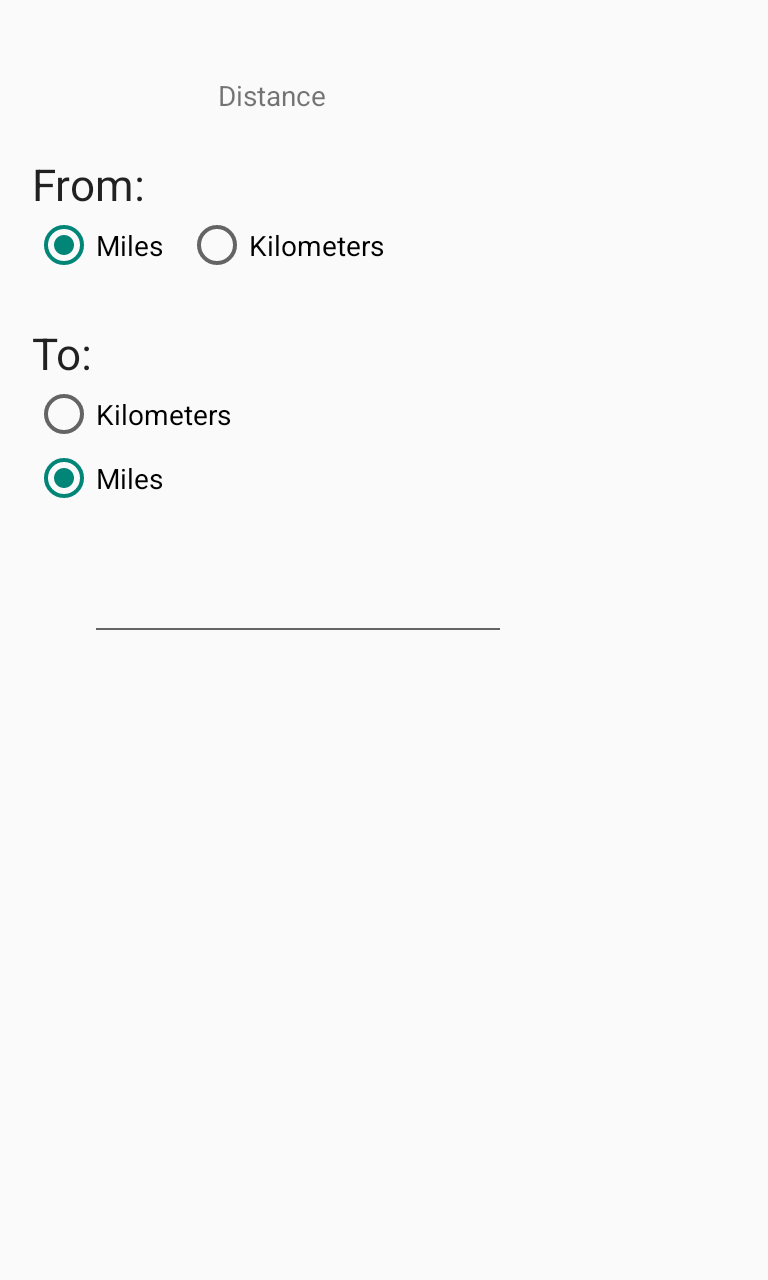
Repository: awayzo/6300Fall14Assignment4
Layout: UnitConvertor/res/layout/activity_main.xml
The author's editor kept a copy of each file at every save. The layout is drawn from the files as they stood at one save, then again after the next save.
It is drawn on a 768 x 1280 px phone screen (xhdpi) without system bars, with theme AppTheme; the app's code is not run.

Above is the layout before, as saved 2014-09-25 21:16:28.

### UnitConvertor/res/layout/activity_main.xml
<RelativeLayout xmlns:android="http://schemas.android.com/apk/res/android"
    xmlns:tools="http://schemas.android.com/tools"
    android:layout_width="match_parent"
    android:layout_height="match_parent"
    android:paddingBottom="@dimen/activity_vertical_margin"
    android:paddingLeft="@dimen/activity_horizontal_margin"
    android:paddingRight="@dimen/activity_horizontal_margin"
    android:paddingTop="@dimen/activity_vertical_margin"
    tools:context="edu.gatech.seclass.unitconvertor.MainActivity" >

    <TextView
        android:id="@+id/lblTitle"
        android:layout_width="match_parent"
        android:layout_height="wrap_content"
        android:layout_alignParentLeft="true"
        android:layout_alignParentTop="true"
        android:layout_marginLeft="93dp"
        android:layout_marginTop="22dp"
        android:text="@string/lblDistance" />

    <TextView
        android:id="@+id/textView1"
        android:layout_width="match_parent"
        android:layout_height="wrap_content"
        android:layout_alignParentLeft="true"
        android:layout_alignParentRight="true"
        android:layout_below="@+id/lblTitle"
        android:layout_marginTop="20dp"
        android:text="From:"
        android:textAppearance="?android:attr/textAppearanceLarge" />

    <RadioGroup
        android:id="@+id/radioGroup1"
        android:layout_width="wrap_content"
        android:layout_height="wrap_content"
        android:layout_alignParentLeft="true"
        android:layout_below="@+id/txt1"
        android:layout_marginLeft="56dp" >
    </RadioGroup>

    <RadioButton
        android:id="@+id/radio0"
        android:layout_width="wrap_content"
        android:layout_height="wrap_content"
        android:layout_alignLeft="@+id/textView1"
        android:layout_below="@+id/textView1"
        android:checked="true"
        android:onClick="handleClick"
        android:text="@string/miles" />

    <RadioButton
        android:id="@+id/radio1"
        android:layout_width="wrap_content"
        android:layout_height="wrap_content"
        android:layout_below="@+id/textView1"
        android:layout_marginLeft="11dp"
        android:layout_toRightOf="@+id/radio0"
        android:onClick="handleClick"
        android:text="@string/km" />

    <EditText
        android:id="@+id/txt1"
        android:layout_width="wrap_content"
        android:layout_height="wrap_content"
        android:layout_alignLeft="@+id/radio0"
        android:layout_below="@+id/radio0"
        android:layout_marginLeft="28dp"
        android:layout_marginTop="143dp"
        android:ems="10"
        android:inputType="numberDecimal" />

    <RadioButton
        android:id="@+id/RadioButton01"
        android:layout_width="wrap_content"
        android:layout_height="wrap_content"
        android:layout_alignParentLeft="true"
        android:layout_below="@+id/TextView01"
        android:onClick="handleClick"
        android:text="@string/km" />

    <RadioButton
        android:id="@+id/RadioButton02"
        android:layout_width="wrap_content"
        android:layout_height="wrap_content"
        android:layout_alignParentLeft="true"
        android:layout_below="@+id/RadioButton01"
        android:checked="true"
        android:onClick="handleClick"
        android:text="@string/miles" />

    <TextView
        android:id="@+id/TextView01"
        android:layout_width="match_parent"
        android:layout_height="wrap_content"
        android:layout_alignLeft="@+id/RadioButton01"
        android:layout_below="@+id/radio0"
        android:layout_marginTop="23dp"
        android:text="To:"
        android:textAppearance="?android:attr/textAppearanceLarge" />

</RelativeLayout>

### UnitConvertor/res/values/strings.xml
<?xml version="1.0" encoding="utf-8"?>
<resources>

    <string name="app_name">Unit Convertor</string>
    <string name="action_settings">Settings</string>
    <string name="miles">Miles</string>
    <string name="km">Kilometers</string>
    <string name="lblDistance">Distance</string>
    <string name="title_activity_distance">DistanceActivity</string>
    <string name="hello_world">Hello world!</string>
    <string name="title_activity_currency">CurrencyActivity</string>
    <string name="title_activity_area">AreaActivity</string>
    <string name="title_btn_Calc">Calculate</string>

</resources>

Loaded but not shown: UnitConvertor/res/values/styles.xml (common file); UnitConvertor/res/values-v11/styles.xml (common file); UnitConvertor/res/values-v14/styles.xml (common file); UnitConvertor/res/values/dimens.xml (common file); UnitConvertor/res/values-w820dp/dimens.xml (common file)

After the next save:
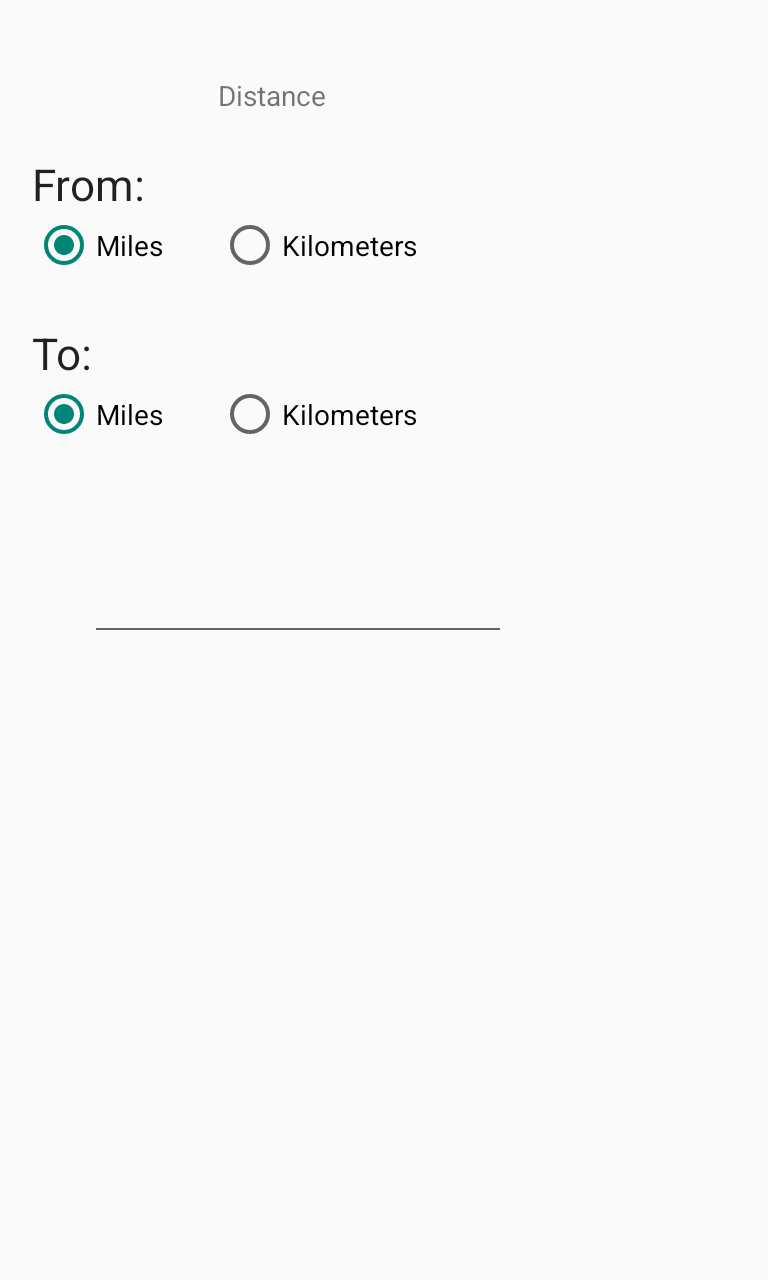
Saved 113 s later.
--- a/UnitConvertor/res/layout/activity_main.xml
+++ b/UnitConvertor/res/layout/activity_main.xml
@@ -39,7 +39,7 @@
     </RadioGroup>
 
     <RadioButton
-        android:id="@+id/radio0"
+        android:id="@+id/radioFromMiles"
         android:layout_width="wrap_content"
         android:layout_height="wrap_content"
         android:layout_alignLeft="@+id/textView1"
@@ -48,54 +48,54 @@
         android:onClick="handleClick"
         android:text="@string/miles" />
 
-    <RadioButton
-        android:id="@+id/radio1"
-        android:layout_width="wrap_content"
-        android:layout_height="wrap_content"
-        android:layout_below="@+id/textView1"
-        android:layout_marginLeft="11dp"
-        android:layout_toRightOf="@+id/radio0"
-        android:onClick="handleClick"
-        android:text="@string/km" />
-
     <EditText
         android:id="@+id/txt1"
         android:layout_width="wrap_content"
         android:layout_height="wrap_content"
-        android:layout_alignLeft="@+id/radio0"
-        android:layout_below="@+id/radio0"
+        android:layout_alignLeft="@+id/radioFromMiles"
+        android:layout_below="@+id/radioFromMiles"
         android:layout_marginLeft="28dp"
         android:layout_marginTop="143dp"
         android:ems="10"
         android:inputType="numberDecimal" />
 
-    <RadioButton
-        android:id="@+id/RadioButton01"
+    <TextView
+        android:id="@+id/TextView01"
         android:layout_width="wrap_content"
         android:layout_height="wrap_content"
         android:layout_alignParentLeft="true"
+        android:layout_alignRight="@+id/textView1"
+        android:layout_below="@+id/radioFromMiles"
+        android:layout_marginTop="23dp"
+        android:text="To:"
+        android:textAppearance="?android:attr/textAppearanceLarge" />
+
+    <RadioButton
+        android:id="@+id/radioToKm"
+        android:layout_width="wrap_content"
+        android:layout_height="wrap_content"
+        android:layout_alignLeft="@+id/lblTitle"
         android:layout_below="@+id/TextView01"
         android:onClick="handleClick"
         android:text="@string/km" />
 
     <RadioButton
-        android:id="@+id/RadioButton02"
+        android:id="@+id/radioFromKm"
         android:layout_width="wrap_content"
         android:layout_height="wrap_content"
-        android:layout_alignParentLeft="true"
-        android:layout_below="@+id/RadioButton01"
+        android:layout_above="@+id/txt1"
+        android:layout_alignLeft="@+id/radioToKm"
+        android:onClick="handleClick"
+        android:text="@string/km" />
+
+    <RadioButton
+        android:id="@+id/radioToMiles"
+        android:layout_width="wrap_content"
+        android:layout_height="wrap_content"
+        android:layout_alignLeft="@+id/TextView01"
+        android:layout_below="@+id/TextView01"
         android:checked="true"
         android:onClick="handleClick"
         android:text="@string/miles" />
 
-    <TextView
-        android:id="@+id/TextView01"
-        android:layout_width="match_parent"
-        android:layout_height="wrap_content"
-        android:layout_alignLeft="@+id/RadioButton01"
-        android:layout_below="@+id/radio0"
-        android:layout_marginTop="23dp"
-        android:text="To:"
-        android:textAppearance="?android:attr/textAppearanceLarge" />
-
 </RelativeLayout>
